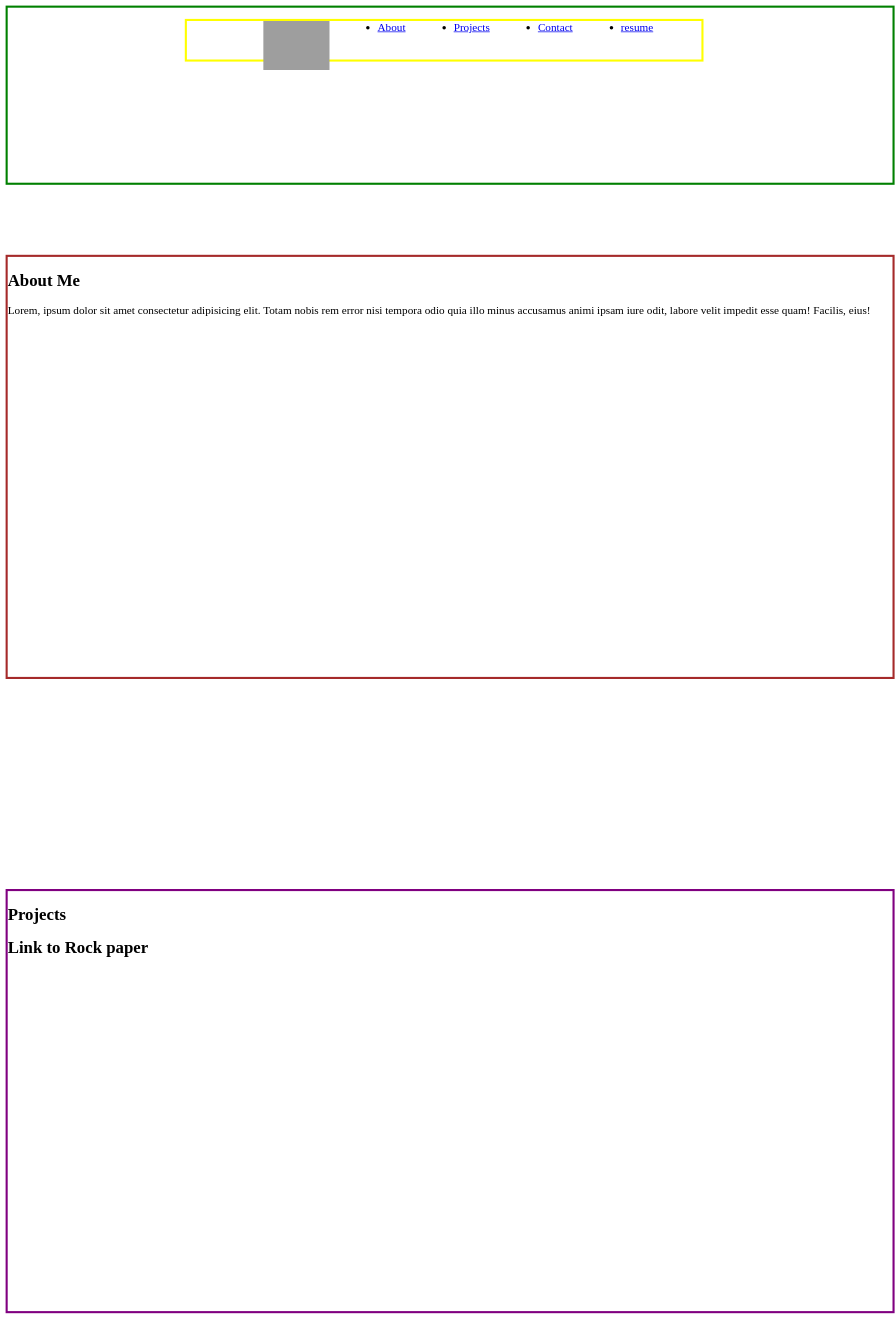
Repository: JohnDunst/projecttwo
Page: /
The author's editor kept a copy of each file at every save. The page is drawn from the files as they stood at one save, then again after a run of saves.
The browser window is 1280 px wide. The pictures show the part of the page from y = 0 to 1920 px (the page is 2790 px tall), at 70% of full size.
Pictures or frames that could not be fetched are drawn as grey boxes. The project was rebuilt for these pictures with package versions that can differ from the ones it lists, and the page was loaded fresh each time. Imported but missing from the stored project, and not drawn on this page: src/assets/Dunst Resume.pdf.

Above is the page before, as saved 2023-08-03 23:21:58.

### src/App.js
import React from 'react';
import Header from './components/Header';
import About from './components/About';
import Projects from './components/Projects';
import Contact from './components/Contact';
import Resume from './components/Resume';
import './style.css'

const App = () => {
  return (
    <div className="app">
      <Header />
        <About />
        <Projects />
        <Resume />
        <Contact />
    </div>
  );
};

export default App;

### src/components/Header.jsx
import React from "react";
import CV from "../assets/Dunst Resume.pdf";
import Resume from "./Resume";

const Header = () => {




  const scrollToAbout = () => {
    const aboutSection = document.getElementById("about");
    if (aboutSection) {
      aboutSection.scrollIntoView({ behavior: "smooth" });
    }
  };



  const openResume = () => {
    window.open(CV, "Dunst Resume.pdf"); // Open the PDF in a new browser tab
  };





  return (
    <div>
      <div className="headerConatiner">
        <ul className="linkContainer">
          <a href="spicy" className="nav__logo">
            <img
              src="https://encrypted-tbn0.gstatic.com/images?q=tbn:ANd9GcQTsOxv6UAiGwL2tSXdFUM0rM63enIOaDz2eQ&usqp=CAU"
              alt="Nevergiveup"
            />
          </a>
          <li>
            <a href="#about" onClick={scrollToAbout}>
              About
            </a>
          </li>
          <li>
            <a href="#projects">Projects</a>
          </li>
          <li>
            <a href="#contact">Contact</a>
          </li>
          <li>
            <a href="#resume" onClick={openResume}>
              resume
            </a>
          </li>
        </ul>
      </div>
    </div>
  );
};
export default Header;

### src/components/About.jsx
import React from 'react';

const About = () => {
  return (
    <section id="about">
      <h2>About Me</h2>
      <p>
       Lorem, ipsum dolor sit amet consectetur adipisicing elit. Totam nobis rem error nisi tempora odio quia illo minus accusamus animi ipsam iure odit, labore velit impedit esse quam! Facilis, eius!
      </p>

    </section>
  );
};

export default About;

### src/components/Projects.jsx
import React from 'react';

const Projects = () => {
  return (
    <section id="projects">
      <h2>Projects</h2>
            <div>
                <h1> Link to Rock paper </h1>


            </div>
    </section>
  );
};

export default Projects;

### src/components/Contact.jsx
import React from 'react';

const Contact = () => {
  return (
    <section id="contact">
      <h2>Contact Me</h2>
              {/* Add Linkdin Github Email  */}
    </section>
  );
};

export default Contact;

### src/components/Resume.jsx
import React, { useRef } from "react";
import CV from "../assets/Dunst Resume.pdf";
import Header from "./Header";

const Resume = () => {
  const resumeLinkRef = useRef(null);

  const openResume = () => {
    window.open(CV, "Dunst Resume.pdf"); // Open the PDF in a new browser tab
  };
  React.useEffect =
    (() => {
      if (resumeLinkRef.current) {
        resumeLinkRef.current.addEventListener("click", openResume);
      }
      return () => {
        if (resumeLinkRef.current) {
          resumeLinkRef.current.removeEventListener("click", openResume);
        }
      };
    },
    []);
};

export default Resume;

### src/style.css
.headerConatiner{
    border: solid green;
    width:100%;
    height: 250px;
    display: flex;
    flex-direction: column;

}
.searchContainer{
    border: solid teal;
    width: 100%;
    height: 100px;
    display: flex;
    justify-content: space-evenly;
    flex-direction: row;
    margin-left: 0%;
}

.linkContainer{
border: solid yellow;
width: 55%;
height:55px;
display: flex;
justify-content: space-evenly;
margin-left: 20%;
padding-top: ;

}
#about{
    border: solid brown;
    height: 600px;
    width: 100%;
    margin-top: 100px;

}
#projects{
    border: solid purple;
    margin-top: 300px;

    height: 600px;
    width: 100%;
}
#contact{
    border: solid pink;
    margin-top: 300px;
    height: 600px;
    width: 100%;
}
.nav__logo img{
    height: 70px;
    width: 95px;
}
img{
    max-width: 100%;
    height: auto;
    display: block;
}

Loaded but not shown: public/index.html (common file); src/index.js (common file)

After the next 2 saves:
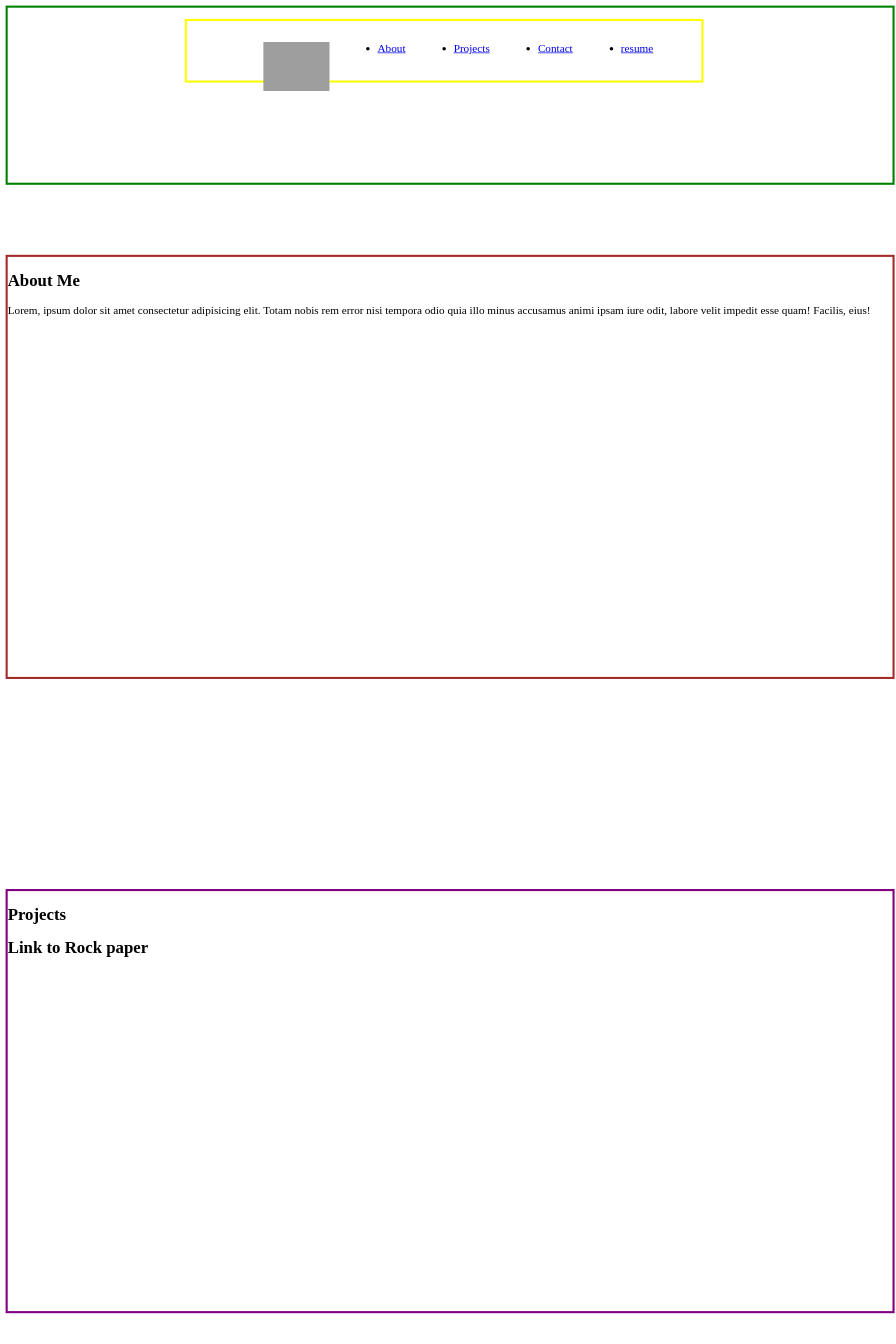
The 2 saves are shown as one change because they came seconds apart.
The last was saved 8 s later.
--- a/src/style.css
+++ b/src/style.css
@@ -23,7 +23,7 @@ height:55px;
 display: flex;
 justify-content: space-evenly;
 margin-left: 20%;
-padding-top: ;
+padding-top: 30px;
 
 }
 #about{
